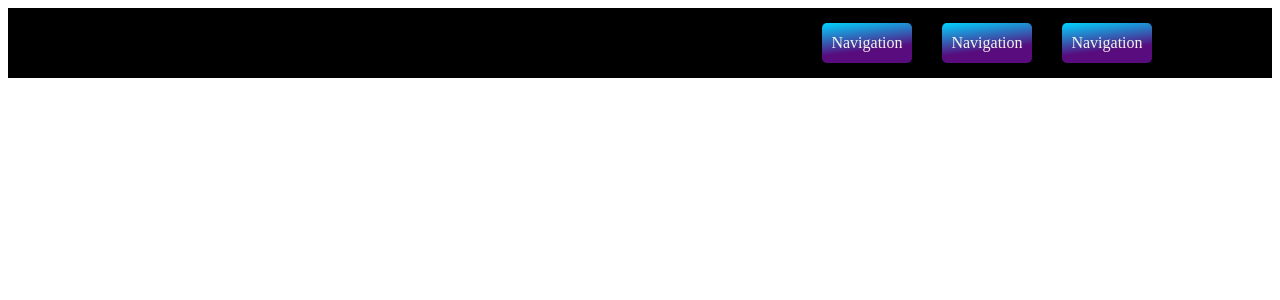
Repository: piotrokrutniak/Projekt-Studia
Page: index.html
These files come from the project's save history. The page is drawn as it stood at one moment and after the next save; the edit follows.
The browser window is 1280 px wide. The pictures show the whole page.

Above is the page before, as saved 2023-03-04 03:00:13.

After the next save:
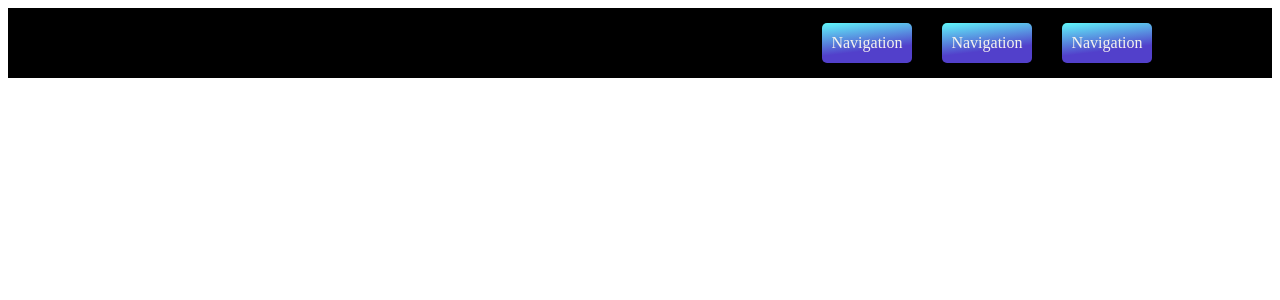
Saved 106 s later.
--- a/styles.css
+++ b/styles.css
@@ -35,7 +35,8 @@ a{
 .navigation-link{
     position: relative;
     height: 40px;
-    background: linear-gradient(353deg, rgba(88,12,126,1) 35%, rgba(0,212,255,1) 100%);
+    background: rgb(82,64,203);
+    background: linear-gradient(353deg, rgba(82,64,203,1) 35%, rgba(96,248,251,1) 100%);
     border-radius: 5px;
 }
 
